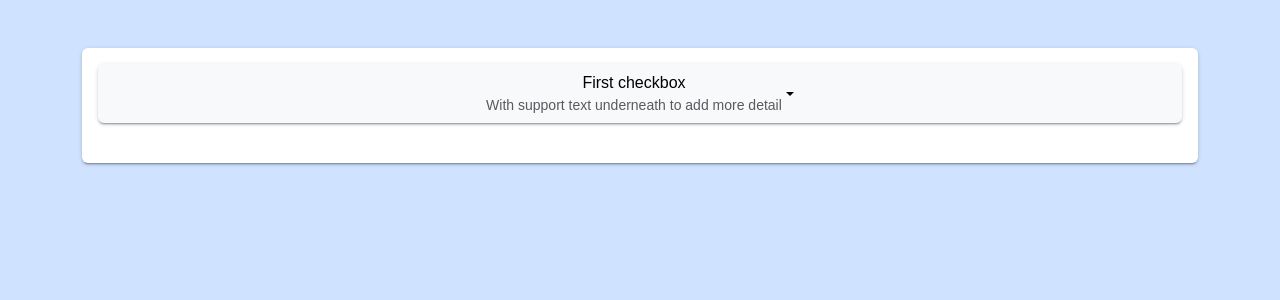
Repository: chancellor-w-whitaker/trying-context
Page: /
The author's editor kept a copy of each file at every save. The page is drawn from the files as they stood at one save, then again after the next save.
The browser window is 1280 px wide. The pictures show the whole page.
The page's requests for data from a server got no answer. Some web fonts or font styles are not loaded; a fallback is used. The project was rebuilt for these pictures with package versions that can differ from the ones it lists, and the page was loaded fresh each time. No one was signed in, and anything a server would have sent is missing. Also part of the build but not shown: vite.config.js.

Above is the page before, as saved 2024-01-14 16:11:17.

After the next save:
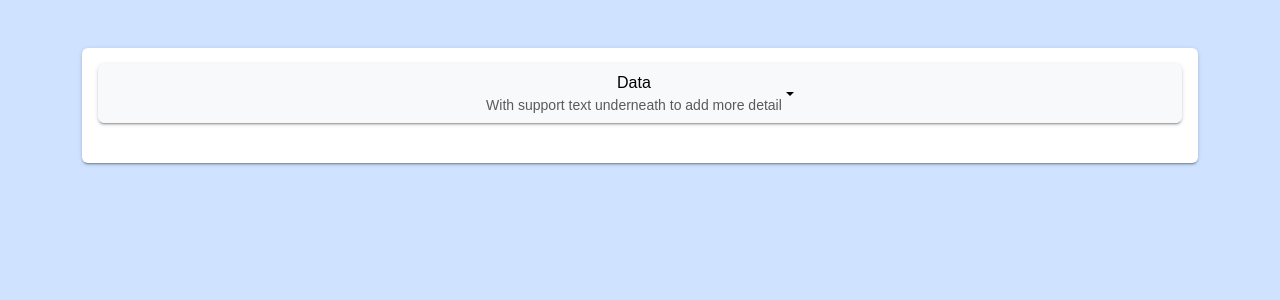
Saved 8 s later.
--- a/src/App.jsx
+++ b/src/App.jsx
@@ -30,7 +30,7 @@ const App = () => {
               variant="light"
             >
               <span>
-                First checkbox
+                Data
                 <small className="d-block text-body-secondary">
                   With support text underneath to add more detail
                 </small>
